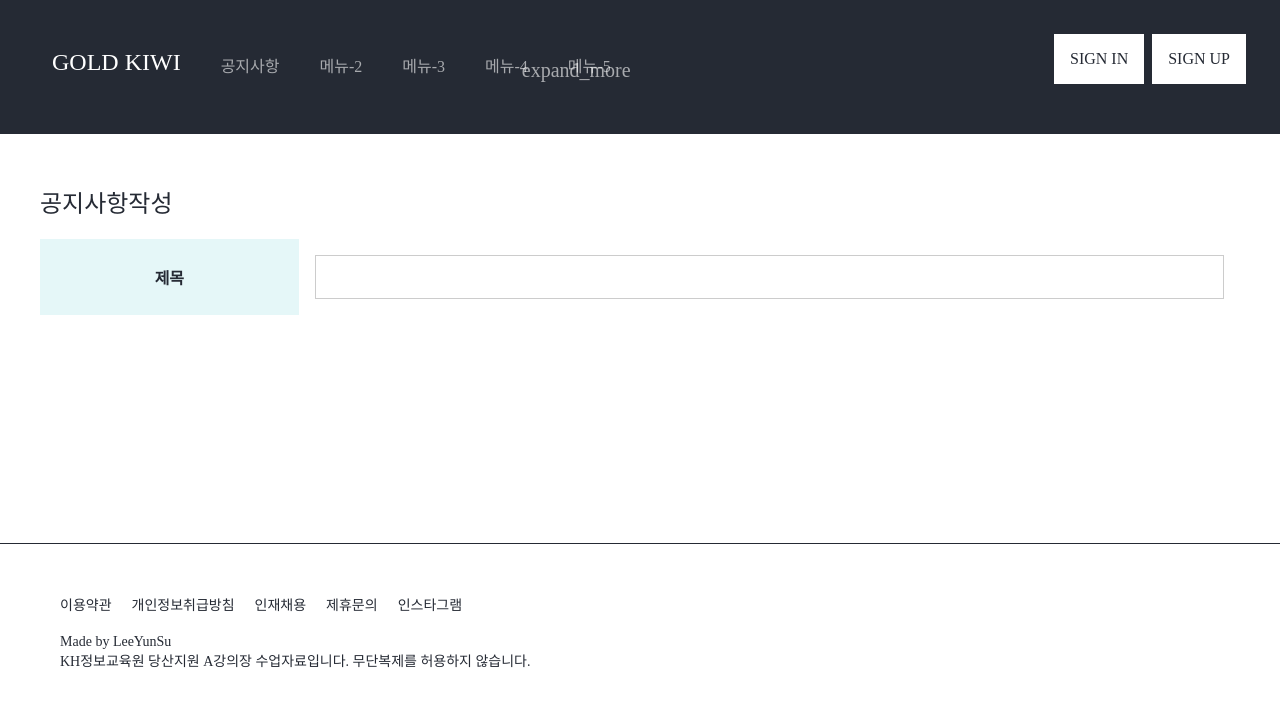
Repository: RiboKim/web-workspace
Page: http://localhost/07_mvc2WebProject/noticeWriteFrm.do
The author's editor kept a copy of each file at every save. The page is drawn from the files as they stood at one save, then again after the next save.
The browser window is 1280 px wide. The pictures show the whole page.
Some web fonts or font styles are not loaded; a fallback is used. The page is served by Tomcat 9. Other server files are loaded and not shown.

Above is the page before, as saved 2023-02-16 06:37:24.

### 07_mvc2WebProject/src/main/webapp/WEB-INF/views/notice/noticeWriteFrm.jsp
<%@ page language="java" contentType="text/html; charset=UTF-8"
    pageEncoding="UTF-8"%>
<!DOCTYPE html>
<html>
<head>
<meta charset="UTF-8">
<title>Insert title here</title>
</head>
<body>
	<%@include file="/WEB-INF/views/common/header.jsp" %>
	<div class="page-content">
		<div class="page-title">공지사항작성</div>
		<form action="/noticeWrite.do" method="post" enctype="multipart/form-data"> <!-- 첨부파일이 있는 경우에는 무조건 post -->
			<table class="tbl" id="noticeWrite">
				<tr class="tr-1">
					<th class="td-3">제목</th>
					<td colspan="3">
						<input type="text" name="noticeTitle" class="input-form">
					</td>
				</tr>
			</table>
		</form>
	</div>
	<%@include file="/WEB-INF/views/common/footer.jsp" %>
</body>
</html>

### 07_mvc2WebProject/src/main/webapp/WEB-INF/views/common/header.jsp
<%@page import="kr.or.iei.member.model.vo.Member"%>
<%@ page language="java" contentType="text/html; charset=UTF-8"
    pageEncoding="UTF-8"%>
    <%
    	Member m = (Member)session.getAttribute("m");
    %>

	<!-- 구글 아이콘 -->
    <link href="https://fonts.googleapis.com/icon?family=Material+Icons" rel="stylesheet">
    <!-- jquery -->
    <script src="/js/jquery-3.6.0.js"></script>
    <!-- 기본 CSS -->
    <link rel="stylesheet" href="/css/default.css" />
    <!-- 기본 js -->
    <script src="/js/default.js"></script>

    <header>
      <div class="site-logo">
        <a href="/">GOLD KIWI</a>
      </div>
      <nav>
        <ul class="navi">
          <li><a href="/noticeList.do">공지사항</a></li>
          <li><a href="#">메뉴-2</a></li>
          <li><a href="#">메뉴-3</a></li>
          <li><a href="#">메뉴-4</a></li>
          <li>
			<a href="#">메뉴-5</a>
            <ul class="sub-navi">
              <li><a href="#">sub-1</a></li>
              <li><a href="#">sub-2</a></li>
              <li><a href="#">sub-3</a></li>
            </ul>
           </li>
        </ul>
      </nav>
      <div class="header-link">
      <%if(m == null){ %>
        <button class="btn bc11 modal-open-btn" target="#login-modal">SIGN IN</button>
        <a class="btn bc11" href="/signupFrm.do">SIGN UP</a>
      <%}else{ %>
      <%--<a class="btn bc11" href="/mypage1.do"><%=m.getMemberName() %></a> --%>
      <%--memberId를 mypage2.do로 넘겨주는거 --%>
      <a class="btn bc11" href="/mypage2.do?memberId=<%=m.getMemberId() %>"><%=m.getMemberName() %></a>

      <a class="btn bc11" href="/logout.do">LOGOUT</a>
      <%} %>
      </div>
    </header>
    <%if(m == null) {%>
    <div id="login-modal" class="modal-bg">
      <div class="modal-wrap">
        <div class="modal-head">
          <h2>SIGN IN</h2>
          <span class="material-icons close-icon modal-close">close</span>
        </div>
        <form action="/signin.do" method="post">
        <div class="modal-content">
          <div class="input-box">
          	<label for="signId">아이디</label>
          	<input type="text" name="signId" id="signId" class="input-form" placeholder="아이디입력">
          </div>
          <div class="input-box">
          	<label for="signPw">비밀번호</label>
          	<input type="password" name="signPw" id="signPw" class="input-form" placeholder="비밀번호입력">
          </div>
          <div class="input-box link-box">
          	<a href="#">아이디/비밀번호 찾기</a>
          </div>
        </div>
        <div class="modal-foot">
          <button type="submit" class="btn bc11">로그인</button>
          <button type="button" class="btn bc1 modal-close">취소</button>
        </div>
        </form>
      </div>
    </div>
    <%}%>

### 07_mvc2WebProject/src/main/webapp/WEB-INF/views/common/footer.jsp
<%@ page language="java" contentType="text/html; charset=UTF-8"
    pageEncoding="UTF-8"%>
	<footer>
      <div class="footer-content">
        <ul>
          <li><a href="#">이용약관</a></li>
          <li><a href="#">개인정보취급방침</a></li>
          <li><a href="#">인재채용</a></li>
          <li><a href="#">제휴문의</a></li>
          <li><a href="#">인스타그램</a></li>
        </ul>
        <p>Made by LeeYunSu</p>
        <p>
          KH정보교육원 당산지원 A강의장 수업자료입니다. 무단복제를 허용하지
          않습니다.
        </p>
      </div>
    </footer>

### 07_mvc2WebProject/src/main/java/kr/or/iei/notice/model/controller/NoticeWriteFrmServlet.java
package kr.or.iei.notice.model.controller;

import java.io.IOException;

import javax.servlet.RequestDispatcher;
import javax.servlet.ServletException;
import javax.servlet.annotation.WebServlet;
import javax.servlet.http.HttpServlet;
import javax.servlet.http.HttpServletRequest;
import javax.servlet.http.HttpServletResponse;

/**
 * Servlet implementation class NoticeWriteFrmServlet
 */
@WebServlet(name = "NoticeWriteFrm", urlPatterns = { "/noticeWriteFrm.do" })
public class NoticeWriteFrmServlet extends HttpServlet {
	private static final long serialVersionUID = 1L;

    /**
     * @see HttpServlet#HttpServlet()
     */
    public NoticeWriteFrmServlet() {
        super();
        // TODO Auto-generated constructor stub
    }

	/**
	 * @see HttpServlet#doGet(HttpServletRequest request, HttpServletResponse response)
	 */
	protected void doGet(HttpServletRequest request, HttpServletResponse response) throws ServletException, IOException {
		//1.인코딩
		//2.값추출
		//3.비즈니스로직
		//4.결과처리
		RequestDispatcher view = request.getRequestDispatcher("/WEB-INF/views/notice/noticeWriteFrm.jsp");
		view.forward(request, response);
	}

	/**
	 * @see HttpServlet#doPost(HttpServletRequest request, HttpServletResponse response)
	 */
	protected void doPost(HttpServletRequest request, HttpServletResponse response) throws ServletException, IOException {
		// TODO Auto-generated method stub
		doGet(request, response);
	}

}

### 07_mvc2WebProject/src/main/webapp/css/default.css
/* 사용할 font 선언 */
@font-face {
  font-family: ns-thin;
  src: url(../font/NotoSansKR-Thin.otf);
}
@font-face {
  font-family: ns-light;
  src: url(../font/NotoSansKR-Light.otf);
}
@font-face {
  font-family: ns-m;
  src: url(../font/NotoSansKR-Medium.otf);
}
@font-face {
  font-family: ns-bold;
  src: url(../font/NotoSansKR-Bold.otf);
}
@font-face {
  font-family: ns-black;
  src: url(../font/NotoSansKR-Black.otf);
}
/*
    사이트 사용 색상
    balck : #252A34
    darkgray : #393E46
    lightgray : #EEEEEE
    dark-mint : #00ADB5
    mint : #08D9D6
    point-red : #FF2E63
    point-pink : #F85F73
    point-violet : #892CDC
*/
/* 전체태그 기본 margin, padding 제거 */
/* 기본 글씨 색 및 폰트 설정 */

* {
  margin: 0;
  padding: 0;
  color: #252a34;
  font-family: ns-m;
}
body {
  display: flex;
  flex-direction: column;
  min-height: 100vh;
}
/* 기본화면 레이아웃 */
a {
  text-decoration: none;
}
header {
  background-color: #252a34;
  padding: 32px;
  display: flex;
  min-width: 1200px;
}
header > *:not(.header-link) {
  float: left;
}
header > .site-logo {
  padding: 0px 20px;
}
header > .site-logo > a {
  color: #fff;
  font-family: ns-bold;
  font-size: 24px;
  line-height: 60px;
}
header > nav {
  flex-grow: 1;
}

header > nav > .navi {
  list-style-type: none;
}
header > nav > .navi > li {
  float: left;
  position: relative;
}
header > nav > .navi > li > a {
  display: block;
  color: rgba(255, 255, 255, 0.6);
  padding: 5px 20px;
  transition-duration: 0.5s;
  line-height: 60px;
}
header > nav > .navi > li:hover > a,
header > nav > .navi > li:hover > a + span {
  color: rgba(255, 255, 255, 1);
}
header > nav > .navi > li:hover > .sub-navi {
  display : block;
}
header > nav .sub-navi {
  position: absolute;
  background-color: #fff;
  list-style-type: none;
  display: none;
  border: 1px solid rgba(0, 0, 0, 0.2);
  left: 10px;
  min-width: 10rem;
}
header > nav .sub-navi > li {
  padding: 0.25rem 1rem;
}
header > nav .sub-navi > li > a {
  display: block;
}
header > nav .sub-navi > li:hover {
  background-color: rgba(0, 0, 0, 0.05);
}
.material-icons.dropdown {
  font-size: 20px;
  color: rgba(255, 255, 255, 0.6);
  position: absolute;
  right: 0px;
  top: 27px;
  transition-duration: 0.5s;
}
.material-icons.dropdown:hover {
  cursor: pointer;
}
.page-content {
  width: 1200px;
  margin: 30px auto;
  margin-bottom: 10px;
  flex-grow: 1;
}
.page-title {
  font-family: ns-bold;
  padding: 20px 0px;
  font-size: 1.5rem;
}
footer {
  padding: 50px;
  border-top: 1px solid #252a34;
}
footer > .footer-content {
  width: 1200px;
  margin: 0 auto;
  padding: 0px 10px;
}
footer > .footer-content * {
  font-size: 14px;
}
footer > .footer-content > ul {
  list-style-type: none;
  overflow: hidden;
  margin-bottom: 20px;
}
footer > .footer-content > ul > li {
  float: left;
}
footer > .footer-content > ul > li > a {
  padding-right: 20px;
}

/* font 클래스*/
.f-thin {
  font-family: ns-thin;
}
.f-light {
  font-family: ns-light;
}
.f-medium {
  font-family: ns-m;
}
.f-bold {
  font-family: ns-bold;
}
.f-black {
  font-family: ns-black;
}

/* 글씨 색 */
.fc-1 {
  color: #252a34;
}
.fc-2 {
  color: #393e46;
}
.fc-3 {
  color: #eeeeee;
}
.fc-4 {
  color: #00adb5;
}
.fc-5 {
  color: #08d9d6;
}
.fc-6 {
  color: #ff2e63;
}
.fc-7 {
  color: #f85f73;
}
.fc-8 {
  color: #892cdc;
}

/* 배경 색*/
.bg-1 {
  background-color: #252a34;
}
.bg-2 {
  background-color: #393e46;
}
.bg-3 {
  background-color: #eeeeee;
}
.bg-4 {
  background-color: #00adb5;
}
.bg-5 {
  background-color: #08d9d6;
}
.bg-6 {
  background-color: #ff2e63;
}
.bg-7 {
  background-color: #f85f73;
}
.bg-8 {
  background-color: #892cdc;
}

/* 테이블 디자인 */
.tbl {
  width: 100%;
  border-spacing: 0px;
  border-collapse: collapse;
}
.tbl th,
.tbl td {
  padding: 1rem;
  text-align: center;
}
.tbl .tr-1 {
  background-color: rgba(255, 255, 255, 1);
}
.tbl .tr-2 {
  background-color: rgba(57, 62, 70, 0.1);
}
.tbl .tr-3 {
  background-color: rgba(0, 173, 181, 0.1);
}
.tbl .tr-4 {
  background-color: rgba(137, 44, 220, 0.1);
}
.tbl .tr-5 {
  background-color: rgba(255, 46, 999, 0.1);
}
.tbl .td-1 {
  background-color: rgba(255, 255, 255, 1);
}
.tbl .td-2 {
  background-color: rgba(57, 62, 70, 0.1);
}
.tbl .td-3 {
  background-color: rgba(0, 173, 181, 0.1);
}
.tbl .td-4 {
  background-color: rgba(137, 44, 220, 0.1);
}
.tbl .td-5 {
  background-color: rgba(255, 46, 999, 0.1);
}
.tbl.tbl-hover .tr-1:hover {
  background-color: rgba(0, 0, 0, 0.05);
}
.tbl.tbl-hover .tr-2:hover {
  background-color: rgba(57, 62, 70, 0.15);
}
.tbl.tbl-hover .tr-3:hover {
  background-color: rgba(0, 173, 181, 0.15);
}
.tbl.tbl-hover .tr-4:hover {
  background-color: rgba(137, 44, 220, 0.15);
}
.tbl.tbl-hover .tr-5:hover {
  background-color: rgba(255, 46, 999, 0.15);
}

/* 버튼 디자인 */
.btn {
  border: none;
  padding: 1rem;
  display: inline-block;
  box-sizing: border-box;
  transition-duration: 0.5s;
  font-size: 16px;
  font-family: ns-light;
}
.bc1 {
  background-color: rgba(37, 42, 52, 0.9);
  color: #fff;
  border: 2px solid rgba(37, 42, 52, 0.9);
}
.bc1:hover {
  background-color: rgba(37, 42, 52, 1);
  cursor: pointer;
}
.bc2 {
  background-color: rgba(57, 62, 70, 0.9);
  color: #fff;
  border: 2px solid rgba(57, 62, 70, 0.9);
}
.bc2:hover {
  background-color: rgba(57, 62, 70, 1);
  cursor: pointer;
}
.bc3 {
  background-color: rgba(238, 238, 238, 0.9);
  color: #252a34;
  border: 2px solid rgba(238, 238, 238, 0.9);
}
.bc3:hover {
  background-color: rgba(238, 238, 238, 1);
  cursor: pointer;
}
.bc4 {
  background-color: rgba(0, 173, 181, 0.9);
  color: #fff;
  border: 2px solid rgba(0, 173, 181, 0.9);
}
.bc4:hover {
  background-color: rgba(0, 173, 181, 1);
  cursor: pointer;
}
.bc5 {
  background-color: rgba(8, 217, 214, 0.9);
  color: #fff;
  border: 2px solid rgba(8, 217, 214, 0.9);
}
.bc5:hover {
  background-color: rgba(8, 217, 214, 1);
  cursor: pointer;
}
.bc6 {
  background-color: rgba(255, 46, 99, 0.9);
  color: #fff;
  border: 2px solid rgba(255, 46, 99, 0.9);
}
.bc6:hover {
  background-color: rgba(255, 46, 99, 1);
  cursor: pointer;
}
.bc7 {
  background-color: rgba(248, 95, 115, 0.9);
  color: #fff;
  border: 2px solid rgba(248, 95, 115, 0.9);
}
.bc7:hover {
  background-color: rgba(248, 95, 115, 1);
  cursor: pointer;
}
.bc8 {
  background-color: rgba(137, 44, 220, 0.9);
  color: #fff;
  border: 2px solid rgba(137, 44, 220, 0.9);
}
.bc8:hover {
  background-color: rgba(137, 44, 220, 1);
  cursor: pointer;
}
.bc11 {
  color: rgba(37, 42, 52, 1);
  background-color: #fff;
  border: 2px solid rgba(37, 42, 52, 1);
}
.bc11:hover {
  background-color: rgba(37, 42, 52, 1);
  cursor: pointer;
  color: #fff;
}
.bc22 {
  color: rgba(57, 62, 70, 1);
  background-color: #fff;
  border: 2px solid rgba(57, 62, 70, 1);
}
.bc22:hover {
  background-color: rgba(57, 62, 70, 1);
  cursor: pointer;
  color: #fff;
}
.bc33 {
  color: rgba(37, 42, 52, 1);
  background-color: #fff;
  border: 2px solid rgba(238, 238, 238, 1);
}
.bc33:hover {
  background-color: rgba(238, 238, 238, 1);
  cursor: pointer;
  color: rgba(37, 42, 52, 1);
}
.bc44 {
  color: rgba(0, 173, 181, 1);
  background-color: #fff;
  border: 2px solid rgba(0, 173, 181, 1);
}
.bc44:hover {
  background-color: rgba(0, 173, 181, 1);
  color: #fff;
  cursor: pointer;
}
.bc55 {
  color: rgba(8, 217, 214, 1);
  background-color: #fff;
  border: 2px solid rgba(8, 217, 214, 1);
}
.bc55:hover {
  background-color: rgba(8, 217, 214, 1);
  color: #fff;
  cursor: pointer;
}
.bc66 {
  color: rgba(255, 46, 99, 1);
  background-color: #fff;
  border: 2px solid rgba(255, 46, 99, 1);
}
.bc66:hover {
  background-color: rgba(255, 46, 99, 1);
  color: #fff;
  cursor: pointer;
}
.bc77 {
  color: rgba(248, 95, 115, 1);
  background-color: #fff;
  border: 2px solid rgba(248, 95, 115, 1);
}
.bc77:hover {
  background-color: rgba(248, 95, 115, 1);
  color: #fff;
  cursor: pointer;
}
.bc88 {
  color: rgba(137, 44, 220, 1);
  background-color: #fff;
  border: 2px solid rgba(137, 44, 220, 1);
}
.bc88:hover {
  background-color: rgba(137, 44, 220, 1);
  color: #fff;
  cursor: pointer;
}
.bs1 {
  padding: 1rem;
}
.bs2 {
  padding: 1.5rem;
  font-size: 1.1em;
}
.bs3 {
  padding: 2rem;
  font-size: 1.2em;
}
.bs4 {
  width: 100%;
  padding: 2rem;
  font-size: 1.2em;
}
/* input 디자인 */
.input-form {
  width: 100%;
  display: block;
  padding: 0.8rem;
  background-color: #fff;
  outline: none;
  border: 1px solid #ccc;

  box-sizing: border-box;
}
.input-form:focus {
  box-shadow: 0 0 0 0.1rem #eee;
}

textarea.input-form {
  resize: none;
  min-height: 300px;
}
.input-form:read-only:not(select),
.input-form:disabled {
  background-color: #f7f7f9;
}
/* 페이징 디자인 */
.pagination {
  list-style-type: none;
  display: flex;
  justify-content: center;
  align-items: center;
}
.pagination > li {
  width: 40px;
  height: 40px;
  text-align: center;
  line-height: 40px;
  overflow: hidden;
}
.pagination.circle-style > li {
  border-radius: 50%;
}
.pagination > li > a.page-item {
  display: block;
  width: 100%;
  height: 100%;
  font-size: 18px;
}
.pagination > li > a.page-item > span.material-icons {
  display: block;
  width: 100%;
  height: 100%;
  line-height: 40px;
}
.pagination .page-item.active-page {
  background-color: #252a34;
  color: #fff;
}
/*게시물 표현*/
.posting-wrap {
  display: flex;
  flex-wrap: wrap;
}
.posting-wrap .posting-item {
  box-sizing: border-box;
  width: calc(100% / 5);
  padding: 20px;
}
.posting-wrap .posting-item .posting-img img {
  width: 100%;
  height: 200px;
}
.posting-wrap .posting-item .posting-content {
  width: 80%;
  margin: 0 auto;
}
.posting-wrap .posting-item:hover {
  box-shadow: 0 2px 10px 0 rgba(0, 0, 0, 0.2);
}
/* 댓글 */
.posting-comment {
  display: flex;
  border-top: 2px solid #ccc;

  list-style-type: none;
}
.posting-comment > li {
  box-sizing: border-box;
}
.posting-comment > li:first-child {
  width: 15%;
  display: flex;
  justify-content: center;
  align-items: center;
  min-height: 100px;
  border-right: 1px solid #ccc;
}
.posting-comment.reply > li:first-child {
  width: 20%;
}
.posting-comment > li:first-child .material-icons {
  font-size: 80px;
  color: #ccc;
}
.posting-comment.reply > li:first-child .material-icons:first-child {
  font-size: 40px;
  color: #ccc;
}
.posting-comment.reply > li:last-child {
  display: flex;
  flex-direction: column;
  width: 80%;
}
.posting-comment > li:last-child {
  display: flex;
  flex-direction: column;
  width: 85%;
}
.posting-comment > li:last-child > p {
  width: 100%;
  padding: 5px;
  box-sizing: border-box;
}
.posting-comment > li:last-child > .comment-info > span {
  padding: 0px 10px;
}
.posting-comment > li:last-child > .comment-info > span:not(:last-child) {
  border-right: 2px solid #ccc;
}
.posting-comment > li:last-child > .comment-content {
  padding: 0px 15px;
}
.posting-comment > li:last-child > .comment-link {
  text-align: right;
}
.posting-comment > li:last-child > .comment-link > a {
  margin: 0px 5px;
}
.posting-comment > li:last-child > .comment-link > a:hover {
  text-decoration: underline;
}

/*모달*/
.modal-bg {
  background-color: rgba(0, 0, 0, 0.3);
  position: fixed;
  width: 100%;
  height: 100vh;
  display: none;
  align-items: center;
  flex-direction: column;
}
.modal-wrap {
  margin-top: 150px;
  width: 600px;
  background: #fff;
  height: auto;
}
.modal-wrap div {
  padding: 1rem;
}
.modal-wrap div:not(:last-child) {
  border-bottom: 1px solid #ccc;
}
.modal-wrap .modal-foot {
  text-align: right;
}
.modal-wrap div.modal-head {
  position: relative;
}
.close-icon {
  position: absolute;
  top: 16px;
  right: 16px;
  font-size: 30px;
}
.close-icon:hover {
  cursor: pointer;
}

### 07_mvc2WebProject/src/main/webapp/js/default.js
$(function () {
  $(document).on("click", ".modal-open-btn", function () {
    $($(this).attr("target")).css("display", "flex");
  });
  $(document).on("click", ".modal-close", function () {
    $(this).parents(".modal-wrap").parent().css("display", "none");
  });
  $(".sub-navi").prev().after("<span class='material-icons dropdown'>expand_more</span>");
});
function alertFunc(icon){
	swal({
        title: '제목',
        text: '내용내용내용',
        icon: icon
      });
      //이후 페이지 이동 시 추가
      /*
      .then(function(){
    	 window.location = "${loc}";
      });
      */
}

Loaded but not shown: 07_mvc2WebProject/src/main/webapp/js/jquery-3.6.0.js (library)

After the next save:
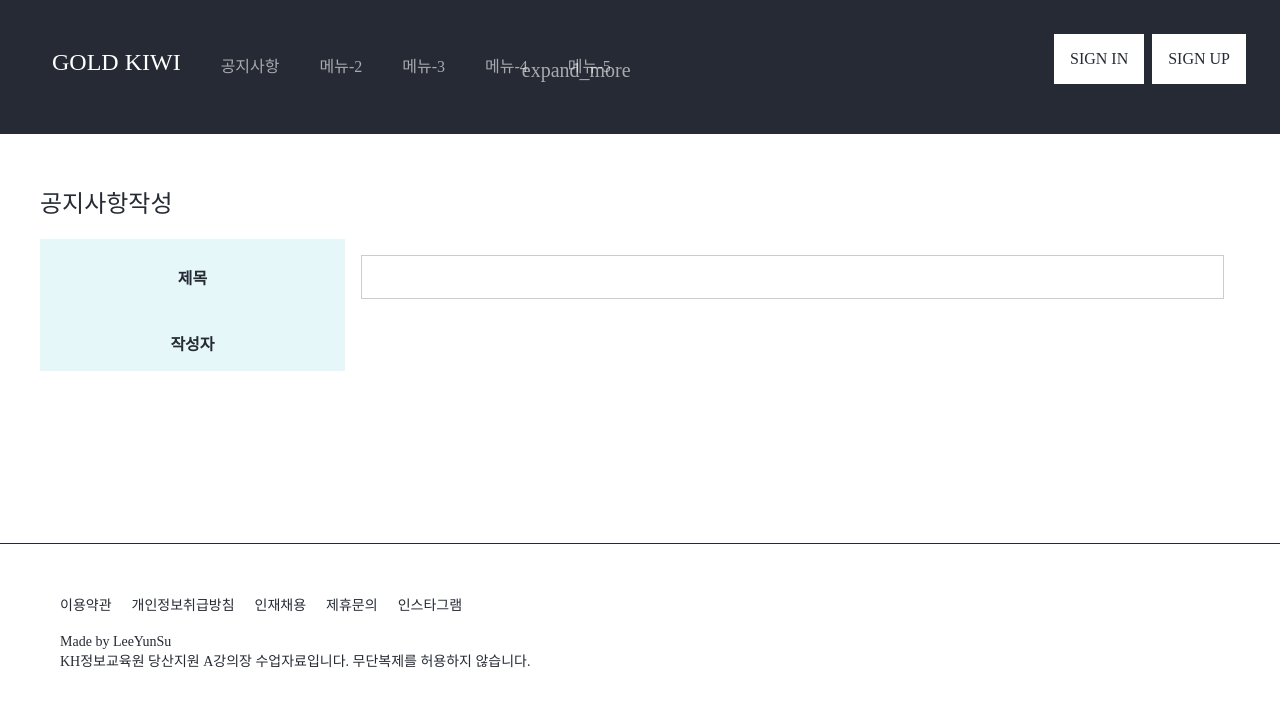
Saved 53 s later.
--- a/07_mvc2WebProject/src/main/webapp/WEB-INF/views/notice/noticeWriteFrm.jsp
+++ b/07_mvc2WebProject/src/main/webapp/WEB-INF/views/notice/noticeWriteFrm.jsp
@@ -18,6 +18,9 @@
 						<input type="text" name="noticeTitle" class="input-form">
 					</td>
 				</tr>
+				<tr class="tr-1">
+					<th class="td-3">작성자</th>
+				</tr>
 			</table>
 		</form>
 	</div>
